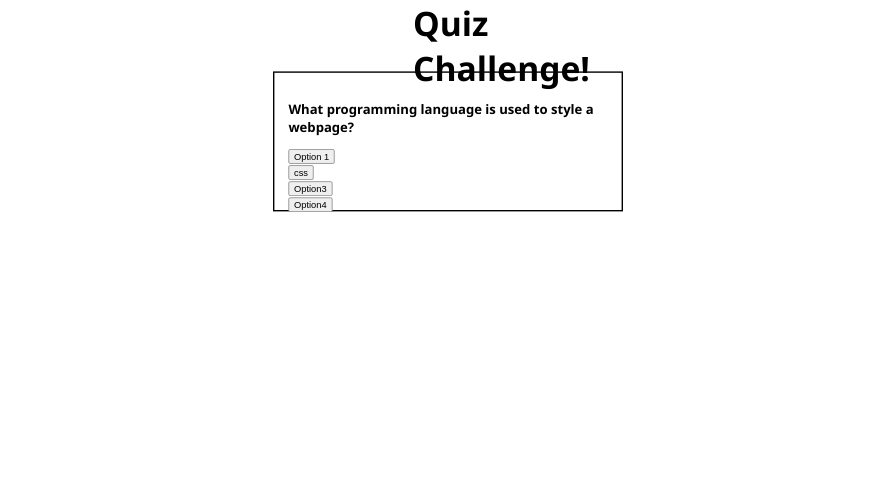
Repository: s88leigh/Quiz-Challenge
Page: index.html
An editor plug-in stored every save of this project. The page is shown before and after the next save, followed by the edit.
The browser window is 1280 px wide. The pictures show the part of the page from y = 0 to 1920 px (the page is 720 px tall before and 4302 px after), at 70% of full size.

Above is the page before, as saved 2019-10-18 11:14:04.

After the next save:
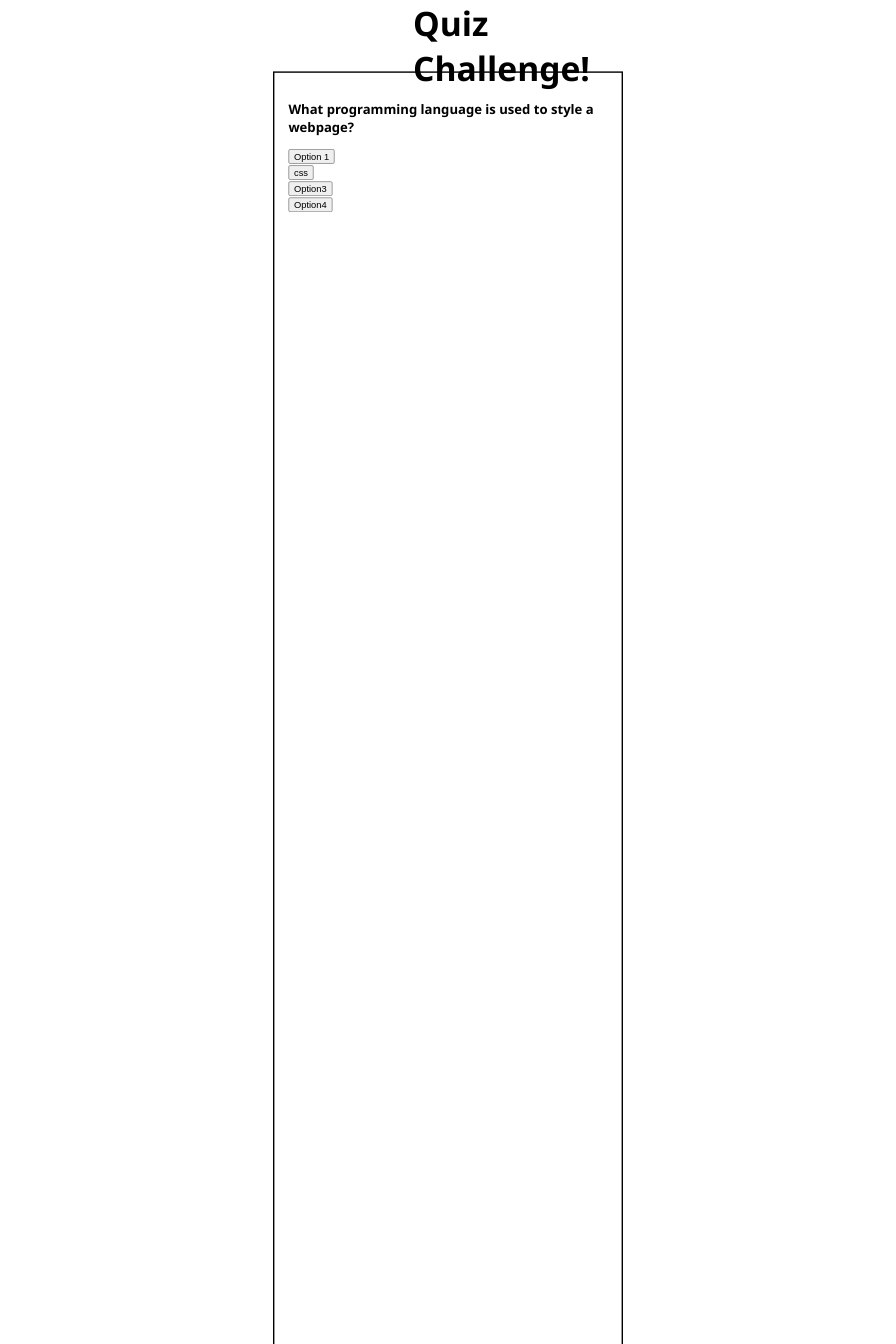
Saved 30 s later.
--- a/style.css
+++ b/style.css
@@ -8,7 +8,7 @@
 
 #question-box {
     width: 500px;
-    height: 200px;
+    height:4200px;
     padding: 20px;
     margin: auto;
     border: 2px solid black;
